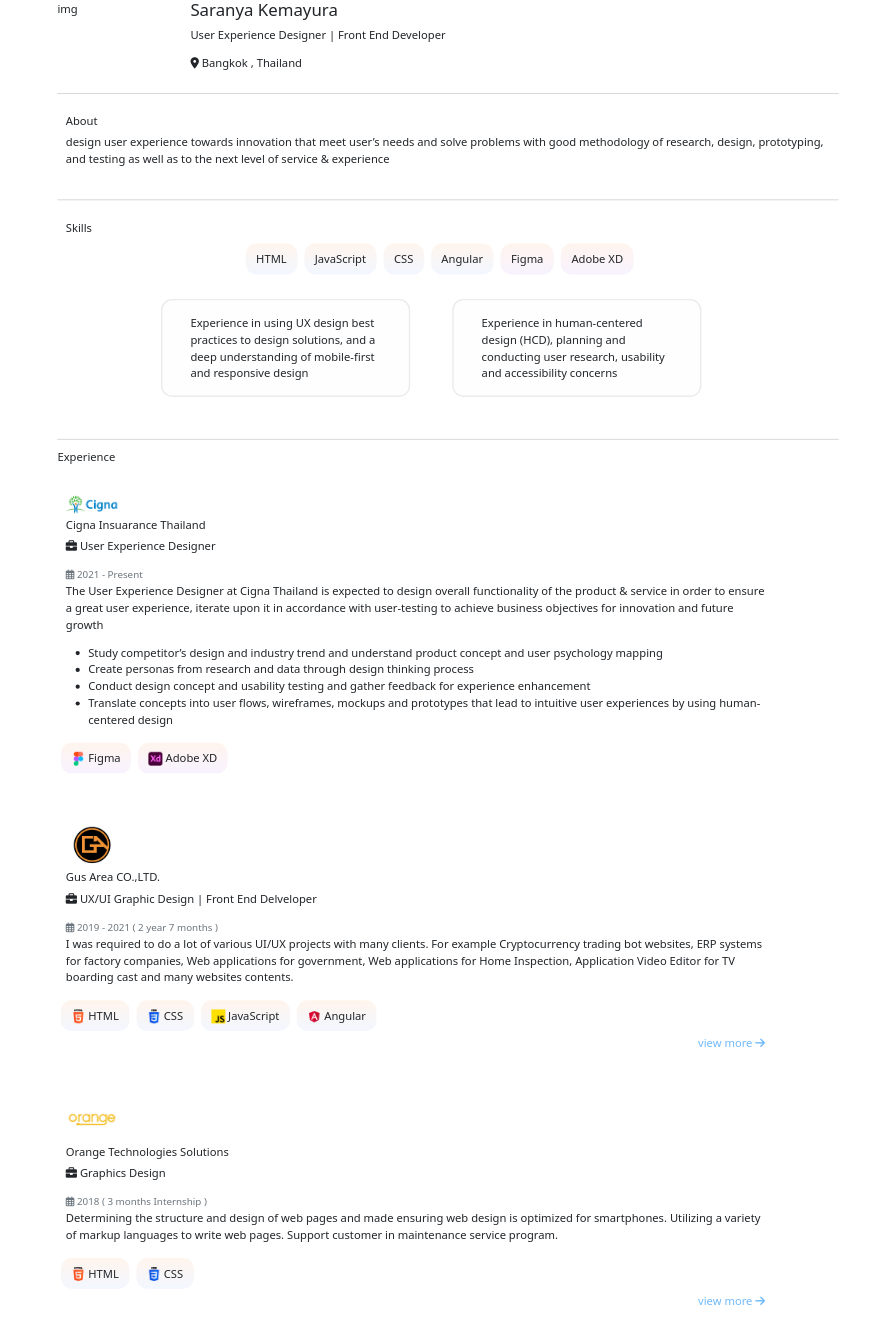
Repository: 0910th/portfolio
Page: index.html
An editor plug-in stored every save of this project. The page is shown before and after the next save, followed by the edit.
The browser window is 1280 px wide. The pictures show the part of the page from y = 0 to 1920 px (the page is 2667 px tall before and 2727 px after), at 70% of full size.

Above is the page before, as saved 2022-12-23 15:07:24.

After the next save:
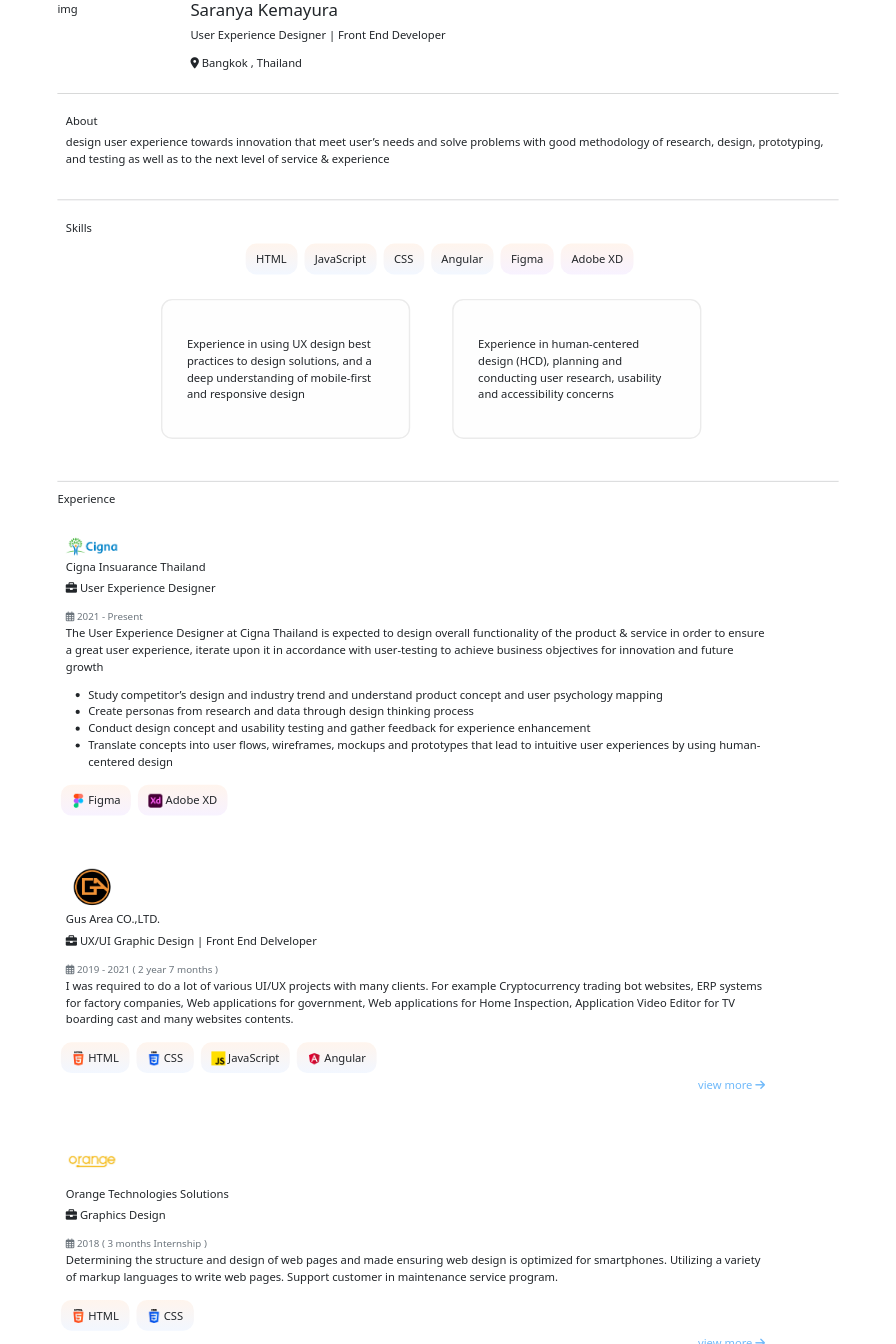
Saved 11 min 59 s later.
--- a/css/mystyle.css
+++ b/css/mystyle.css
@@ -28,7 +28,7 @@
     border-radius: 16px;
     z-index: 0;
     border: 2px solid #ebebeb;
-    padding: 20px 40px;
+    padding: 50px 35px;
     margin: 30px;
 }
 .icon-logo {
